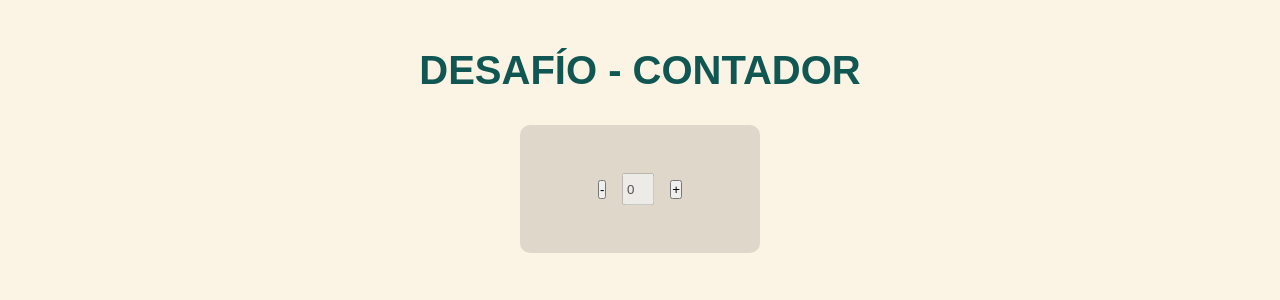
Repository: r-urchi/vue-coderhouse
Page: index.html
These files come from the project's save history. The page is drawn as it stood at one moment and after a run of saves; the edit follows.
The browser window is 1280 px wide. The pictures show the whole page.
The style sheet was rebuilt from its Sass, Less or Tailwind sources for each picture, by a compiler version that may differ from the author's.

Above is the page before, as saved 2021-11-13 11:05:55.

After the next 2 saves:
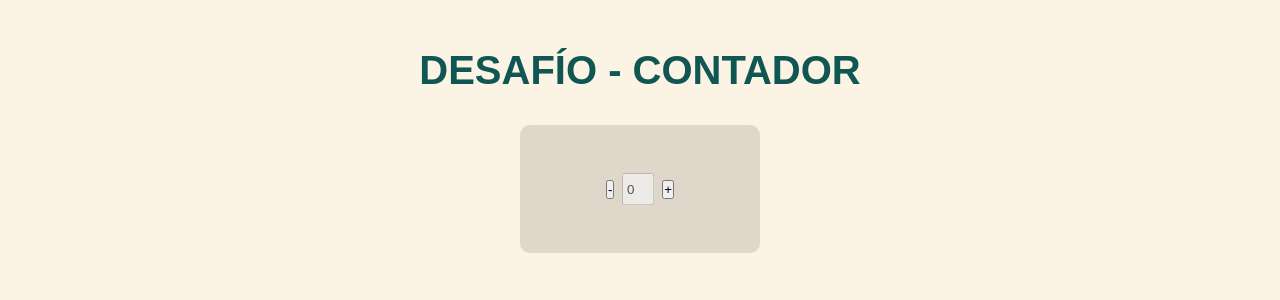
The 2 saves are shown as one change because they came seconds apart.
The last was saved 13 s later.
--- a/css/_counter.sass
+++ b/css/_counter.sass
@@ -16,4 +16,4 @@ h1
         width: 2rem
         text-align: center
         height: 2rem
-        margin: 0 1rem
+        margin: 0 .5rem
